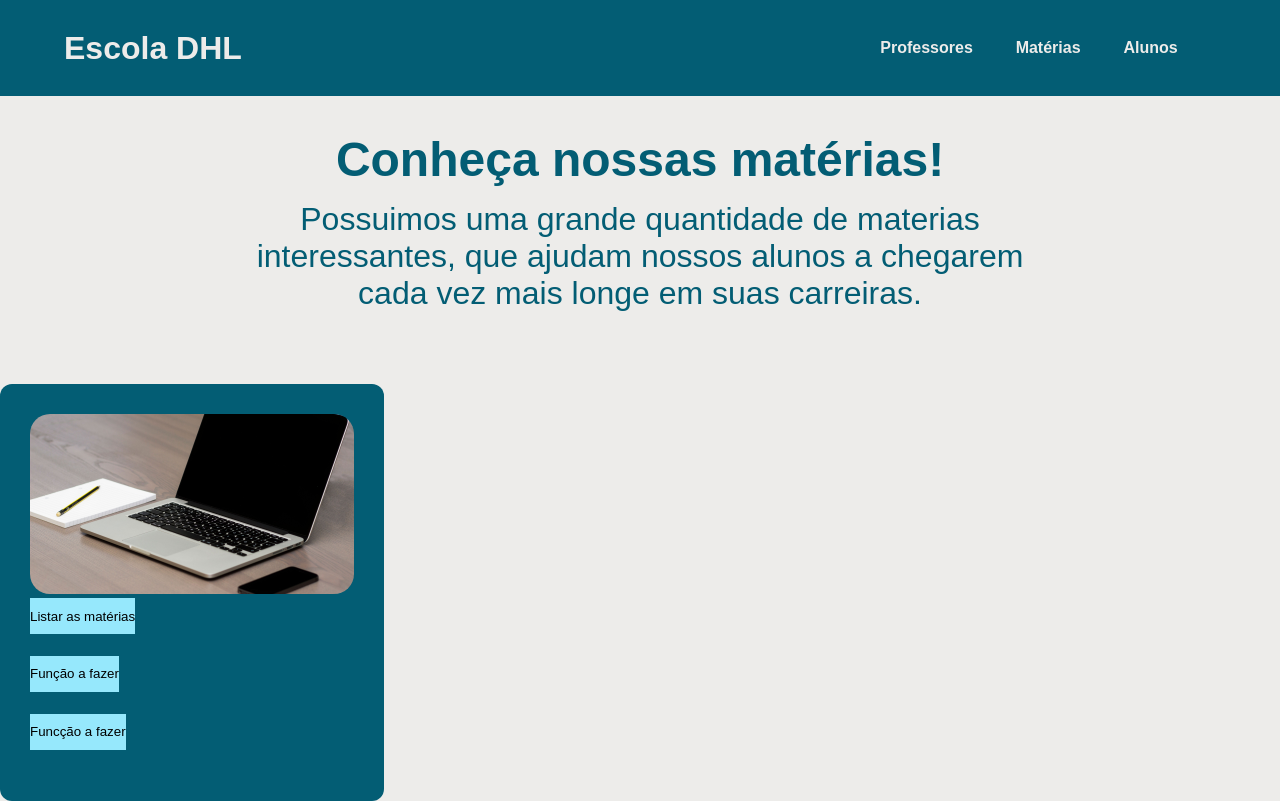
Repository: SirHick/sa-sistema-escola-DHL
Page: front/materias.html
These files come from the project's save history. The page is drawn as it stood at one moment and after the next save; the edit follows.
The browser window is 1280 px wide. The pictures show the whole page.

Above is the page before, as saved 2026-07-17 16:38:32.

### front/materias.html
<!DOCTYPE html>
<html lang="pt-br">
<head>
    <meta charset="UTF-8">
    <meta name="viewport" content="width=device-width, initial-scale=1.0">
    <title>Matérias</title>
    <link rel="stylesheet" href="style.css">
</head>
<body>
    <header>

        <a href="index.html"><h1>Escola DHL</h1></a>

        <nav>
            <a href="">Professores</a>
            <a href="">Matérias</a>
            <a href="">Alunos</a>
        </nav>
    </header>


    <section class = "main-text">
            <h2>Conheça nossas matérias!</h2>

            <p>Possuimos uma grande quantidade de materias interessantes, que
                ajudam nossos alunos a chegarem cada vez mais longe em suas carreiras.
            </p>
    </section>

    <section class = "image-with-buttons">
        <img src="images/laptop.jpg" alt="Um laptop com um caderno e um celular ao lado">

        <button>Listar as matérias</button>
        <button>Função a fazer</button>
        <button>Funcção a fazer</button>
    </section>




    <script src="script.js"></script>
</body>
</html>

### front/style.css
*{
    margin: 0;
    padding: 0;
    box-sizing: border-box;
    object-fit: cover;
    font-family: 'Nunito', sans-serif;
}


body{
    background: #EDECEA;
}


/* ESTILIZAÇÃO PARA A PÁGINA INICIAL*/
.landing-page{
    display: flex;
}


header{
    background: #035D74;
    width: 100vw;
    height: 6rem;
    max-height: 8rem;
    display: grid;
    grid-template-columns: 1fr 1fr;
    align-items: center;
    padding-left: 5vw;
    padding-right: 5vw;
}

header a {
    color: #EDECEA;
    text-decoration: none;
    font-style: none;
}

header nav{
    justify-self: end;

}

header nav a{
    text-decoration: none;
    color: #EDECEA;
    font-weight: 700;
    margin-right: 3vw;
}

.hero-section{
    justify-self: center;
    background-color: #035D74;
    margin-top: 10vh;
    display: grid;
    grid-template-columns: auto auto auto;
    gap: 10px;
    border-radius:12px;
    padding: 30px;
}

.hero-section img{
    width: 15vw;
    border-radius: 20px;
}

.main-text h2{
    margin-bottom: 2vh;
}

.main-text{
    margin-bottom: 3vh;
    color: #035D74;
    text-align: center;
    margin-top: 5vh;
    font-size: 2rem;
    max-width: 60vw;
    justify-self: center;
}


/* ESTILIZAÇÃO PARA A PÁGINA DOS PROFESSORES*/

.image-with-buttons{
    background-color: #035D74;
    margin-top: 10vh;
    border-radius:12px;
    padding: 30px;
    max-width: 30vw;
}

.image-with-buttons img{
    width: 100%;
    height: 25vh;
    border-radius: 20px;
}

.image-with-buttons button{
    background-color: #96E8FC;
    border: none;
    display: block;
    margin-bottom: 3vh;
    height: 5vh;
}

Loaded but not shown: front/script.js (no stored copy; drawn as an empty file)

After the next save:
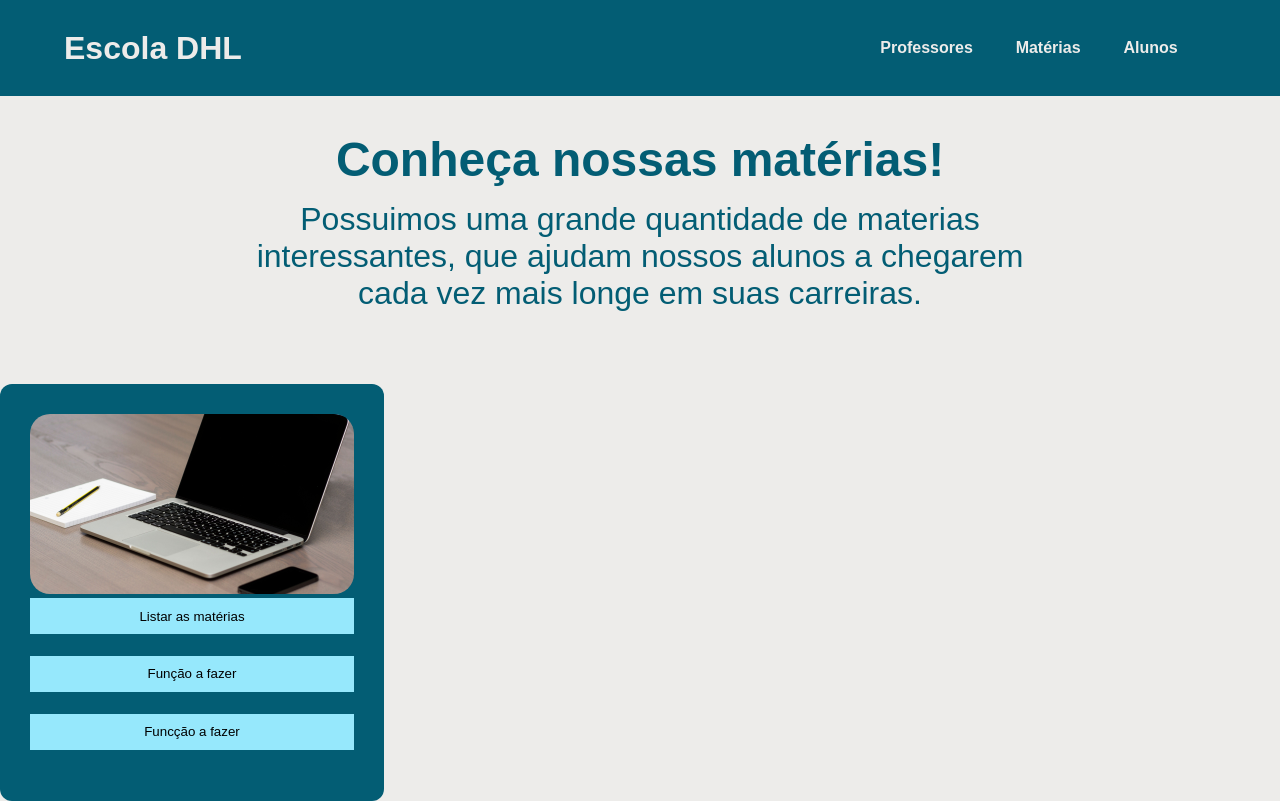
Saved 12 s later.
--- a/front/style.css
+++ b/front/style.css
@@ -101,4 +101,6 @@ header nav a{
     display: block;
     margin-bottom: 3vh;
     height: 5vh;
+    width: 100%;
+    border-radius: ;
 }
